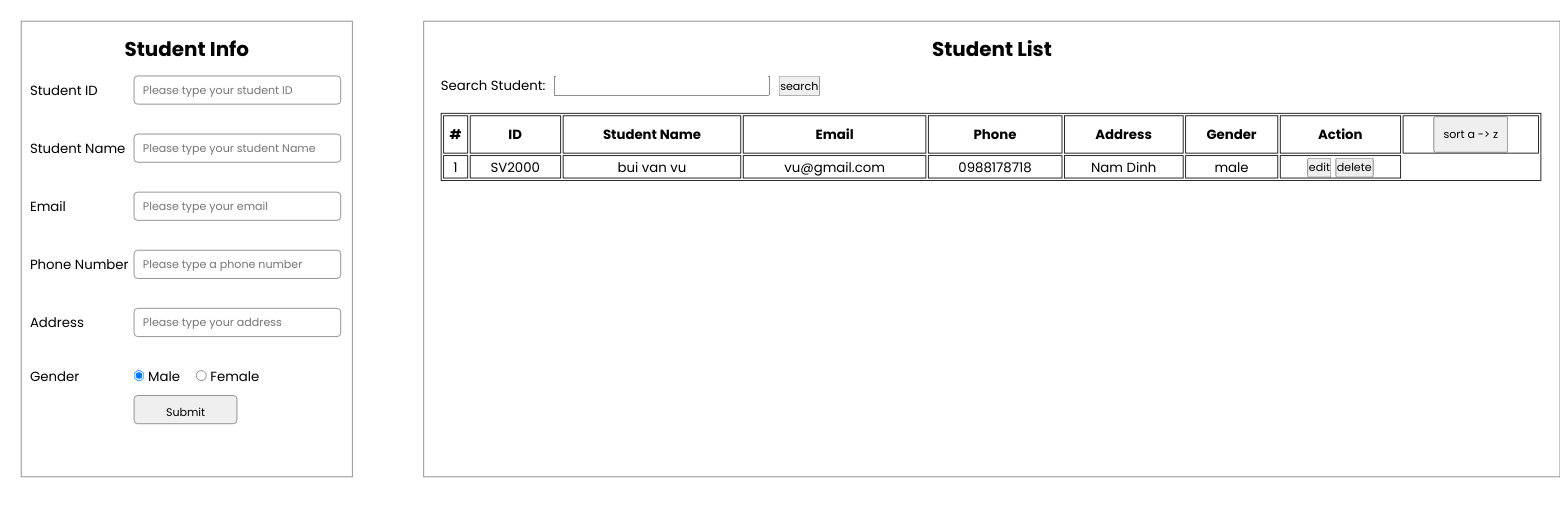
Repository: sSoRaK/ex-session15-dom-event
Page: ex-dom-event/student-management.html
An editor plug-in stored every save of this project. The page is shown before and after a run of saves, followed by the edit.
The browser window is 1280 px wide. The page is 1880 px wide, so the pictures cover 1880 px, including what lies to the right of the window. The pictures show the whole page, at 83% of full size.

Above is the page before, as saved 2023-06-24 20:31:38.

After the next 2 saves:
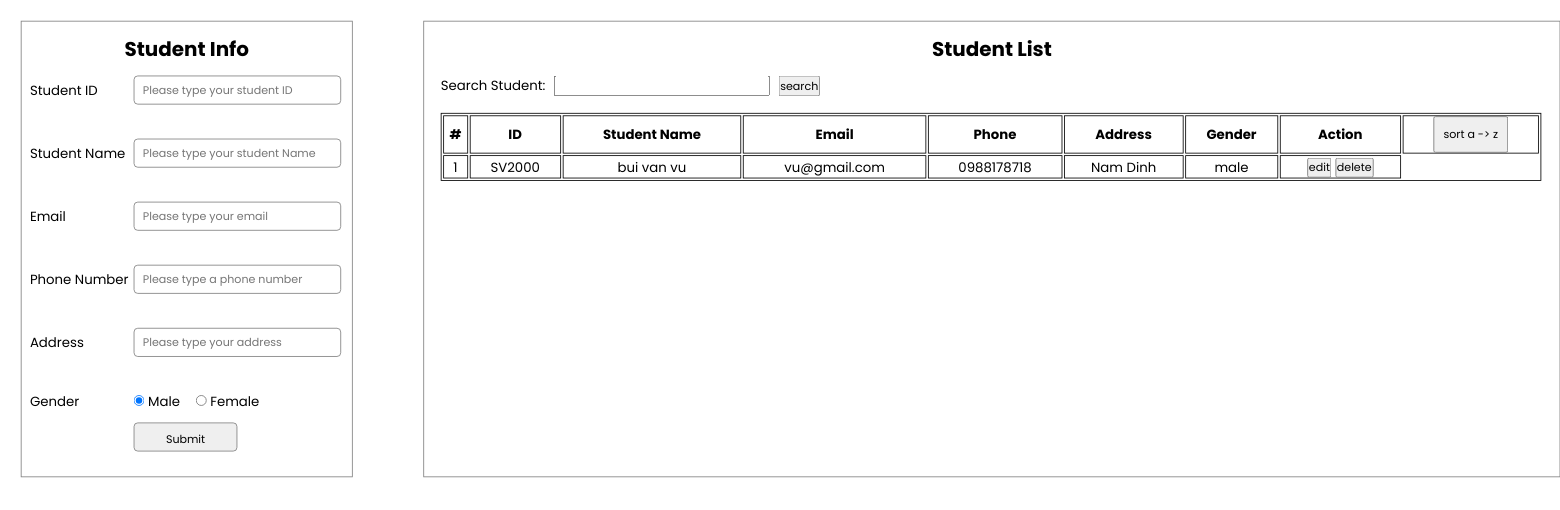
The 2 saves are shown as one change because they came seconds apart.
The last was saved 7 s later.
--- a/ex-dom-event/style/style.css
+++ b/ex-dom-event/style/style.css
@@ -26,7 +26,7 @@ body {
   display: grid;
   grid-template-columns: repeat(3, 125px);
   grid-template-rows: repeat(13, 35px);
-  /* row-gap: 5px; */
+  row-gap: 3px;
 }
 .error{
   font-size: 13px;
